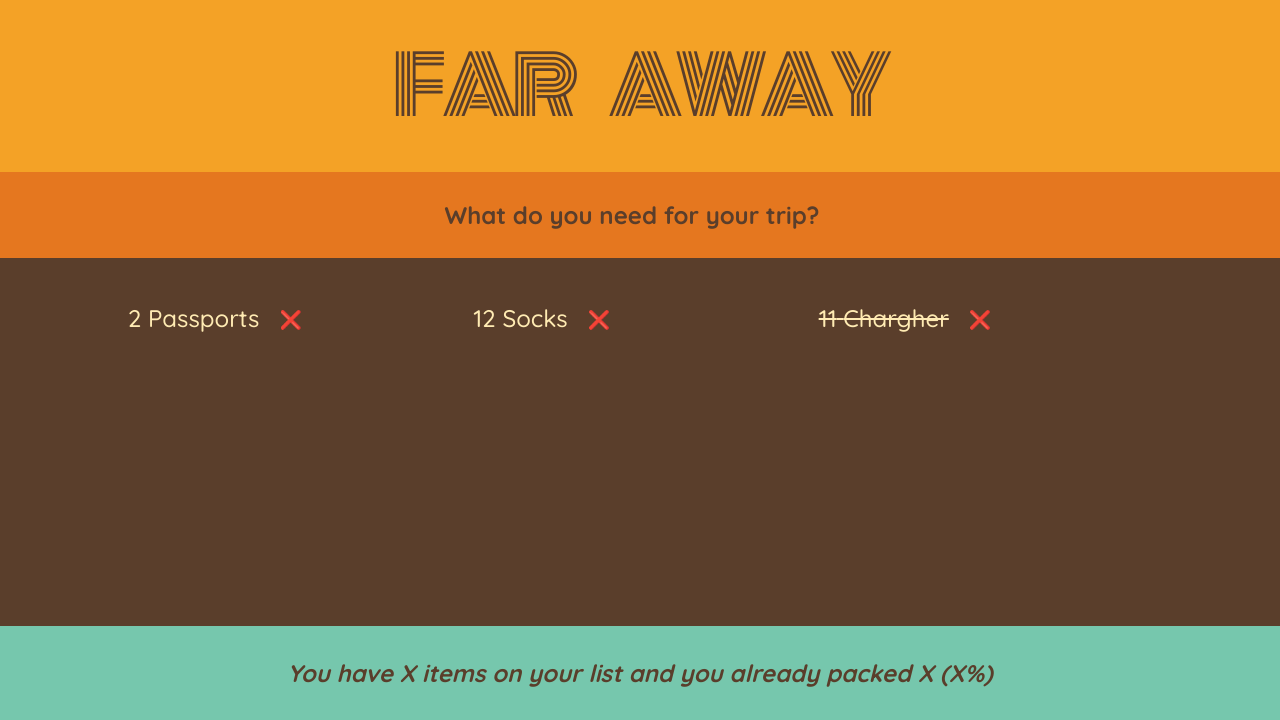
Repository: pmcalmeida/travel-list
Page: /
These files come from the project's save history. The page is drawn as it stood at one moment and after the next save; the edit follows.
The browser window is 1280 px wide. The pictures show the whole page.
The project was rebuilt for these pictures with package versions that can differ from the ones it lists, and the page was loaded fresh each time.

Above is the page before, as saved 2024-05-01 10:44:52.

### src/App.js
import './index.css';

const initialItems = [
  { id: 1, description: "Passports", quantity: 2, packed: false },
  { id: 2, description: "Socks", quantity: 12, packed: false },
  { id: 3, description: "Chargher", quantity: 11, packed: true },
];

function Logo() {
  return <h1>Far Away</h1>
}

function Form() {
  return (
    <div className="add-form">
      <h3>What do you need for your trip?</h3>
    </div>
  )
}

function Item({ item: { description, quantity, packed } }) {
  return <li>
    <span style={packed ? { textDecoration: "line-through"} : {}}>{quantity} {description}</span>
    <button>❌</button>
  </li>
}

function PackagingList() {
  return <div className="list">
    <ul>{
      initialItems.map(item => <Item item={item}/>)
    }</ul>
  </div>
}

function Stats() {
  return (
    <footer className="stats">
      <em>
        You have X items on your list and you already packed X (X%)
      </em>
    </footer>
  )
}

function App() {
  return (
    <div className="app">
      <Logo />
      <Form />
      <PackagingList />
      <Stats />
    </div>
  );
}

export default App;

Loaded but not shown: public/index.html (common file); src/index.js (common file); src/index.css (common file)

After the next save:
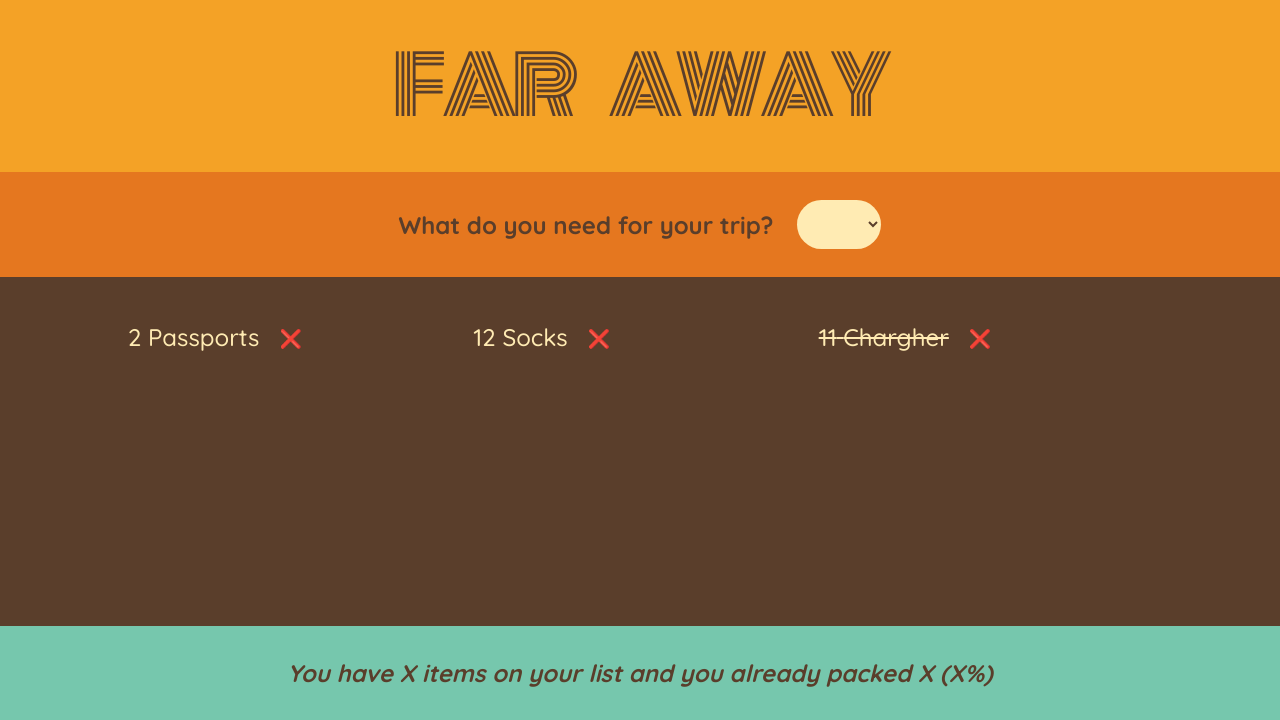
Saved 70 s later.
--- a/src/App.js
+++ b/src/App.js
@@ -12,9 +12,12 @@
 
 function Form() {
   return (
-    <div className="add-form">
+    <form className="add-form">
       <h3>What do you need for your trip?</h3>
-    </div>
+      <select>
+        <option value={1}></option>
+      </select>
+    </form>
   )
 }
 
